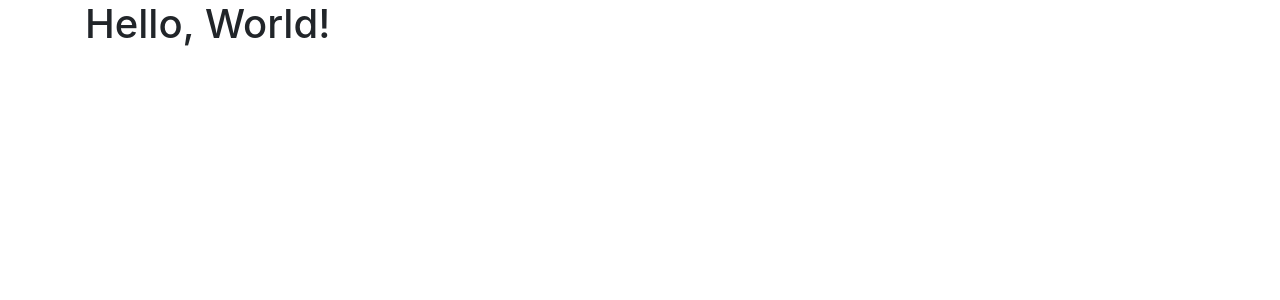
Repository: YiuWingLau/WEBD6201-W2021-Week1c
Page: index.html
An editor plug-in stored every save of this project. The page is shown before and after the next save, followed by the edit.
The browser window is 1280 px wide. The pictures show the whole page.

Above is the page before, as saved 2021-01-19 00:07:38.
Console error (its wording comes from the project's code and is left out).

After the next save:
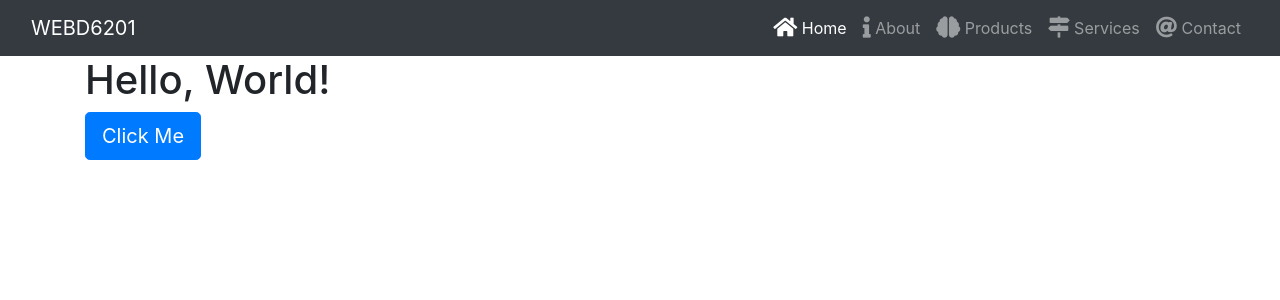
Saved 3 min 2 s later.
--- a/index.html
+++ b/index.html
@@ -10,9 +10,53 @@
     <link rel="stylesheet" href="./Content/app.css">
 </head>
 <body>
-    <div class="container">
-        <h1>Hello, World!</h1>
-    </div>
+        <!-- Main Nav -->
+
+        <header>
+            <nav class="navbar navbar-expand-lg navbar-dark bg-dark">
+                <div class="container-fluid">
+                  <a class="navbar-brand" href="#">WEBD6201</a>
+                  <button class="navbar-toggler" type="button" data-bs-toggle="collapse" data-bs-target="#navbarSupportedContent" aria-controls="navbarSupportedContent" aria-expanded="false" aria-label="Toggle navigation">
+                    <span class="navbar-toggler-icon"></span>
+                  </button>
+                  <div class="collapse navbar-collapse" id="navbarSupportedContent">
+                    <ul class="navbar-nav ml-auto mb-2 mb-lg-0">
+
+                      <li class="nav-item">
+                        <a class="nav-link active" aria-current="page" href="#">
+                            <i class="fas fa-home fa-lg"></i> Home</a>
+                      </li>
+
+                      <li class="nav-item">
+                        <a class="nav-link" aria-current="page" href="#">
+                            <i class="fas fa-info fa-lg"></i> About</a>
+                      </li>
+
+                      <li class="nav-item">
+                        <a class="nav-link" aria-current="page" href="#">
+                            <i class="fas fa-brain fa-lg"></i> Products</a>
+                      </li>
+
+                      <li class="nav-item">
+                        <a class="nav-link" aria-current="page" href="#">
+                            <i class="fas fa-map-signs fa-lg"></i> Services</a>
+                      </li>
+
+                      <li class="nav-item">
+                        <a class="nav-link" aria-current="page" href="#">
+                            <i class="fas fa-at fa-lg"></i> Contact</a>
+                      </li>
+
+                    </ul>
+                  </div>
+                </div>
+              </nav>
+        </header>
+
+        <main class="container">
+            <h1>Hello, World!</h1>
+            <button id="clickMeButton" class="btn btn-primary btn-lg">Click Me</button>
+        </main>
 
     <!-- JavaScript Section -->
     <!--script src="./node_modules/jquery/dist/jquery.min.js"></script-->
